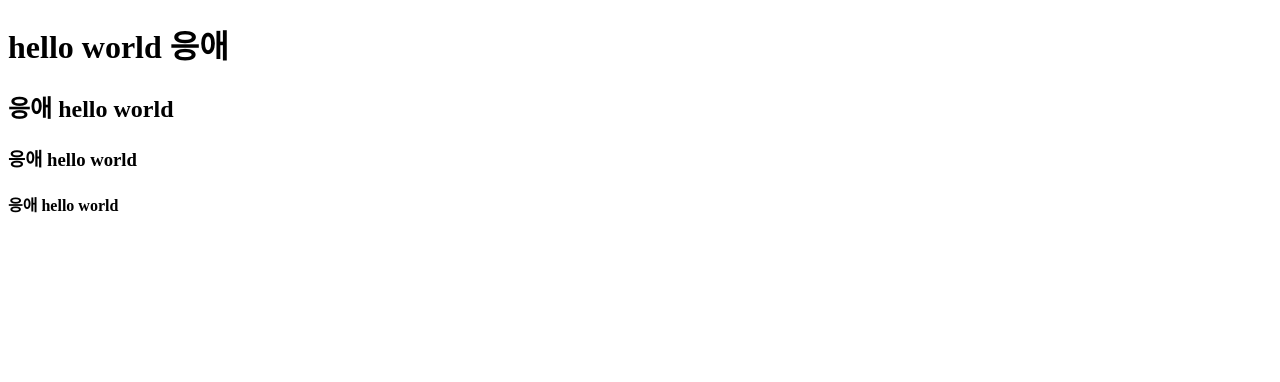
Repository: jaehyeon0418/workspace123
Page: w1021/src/main/webapp/h1021_01.html
The author's editor kept a copy of each file at every save. The page is drawn from the files as they stood at one save, then again after the next save.
The browser window is 1280 px wide. The pictures show the whole page.

Above is the page before, as saved 2022-10-21 02:10:30.

### w1021/src/main/webapp/h1021_01.html
<!DOCTYPE html>
<html lang="ko">
<head>
<meta charset="UTF-8">
<title>여기는 제목입니다.</title>
</head>
<body>
<h1> hello world 응애 </h1>
<h2> 응애 hello world </h2>
<h3> 응애 hello world </h3>
<h4> 응애 hello world </h4>
</body>
</html>

After the next save:
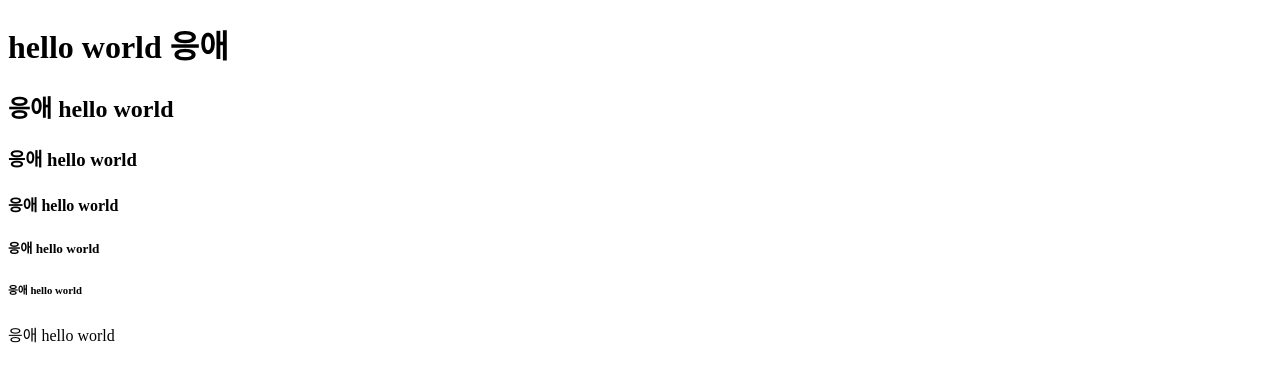
Saved 23 s later.
--- a/w1021/src/main/webapp/h1021_01.html
+++ b/w1021/src/main/webapp/h1021_01.html
@@ -9,5 +9,8 @@
 <h2> 응애 hello world </h2>
 <h3> 응애 hello world </h3>
 <h4> 응애 hello world </h4>
+<h5> 응애 hello world </h5>
+<h6> 응애 hello world </h6>
+<h7> 응애 hello world </h7>
 </body>
 </html>
